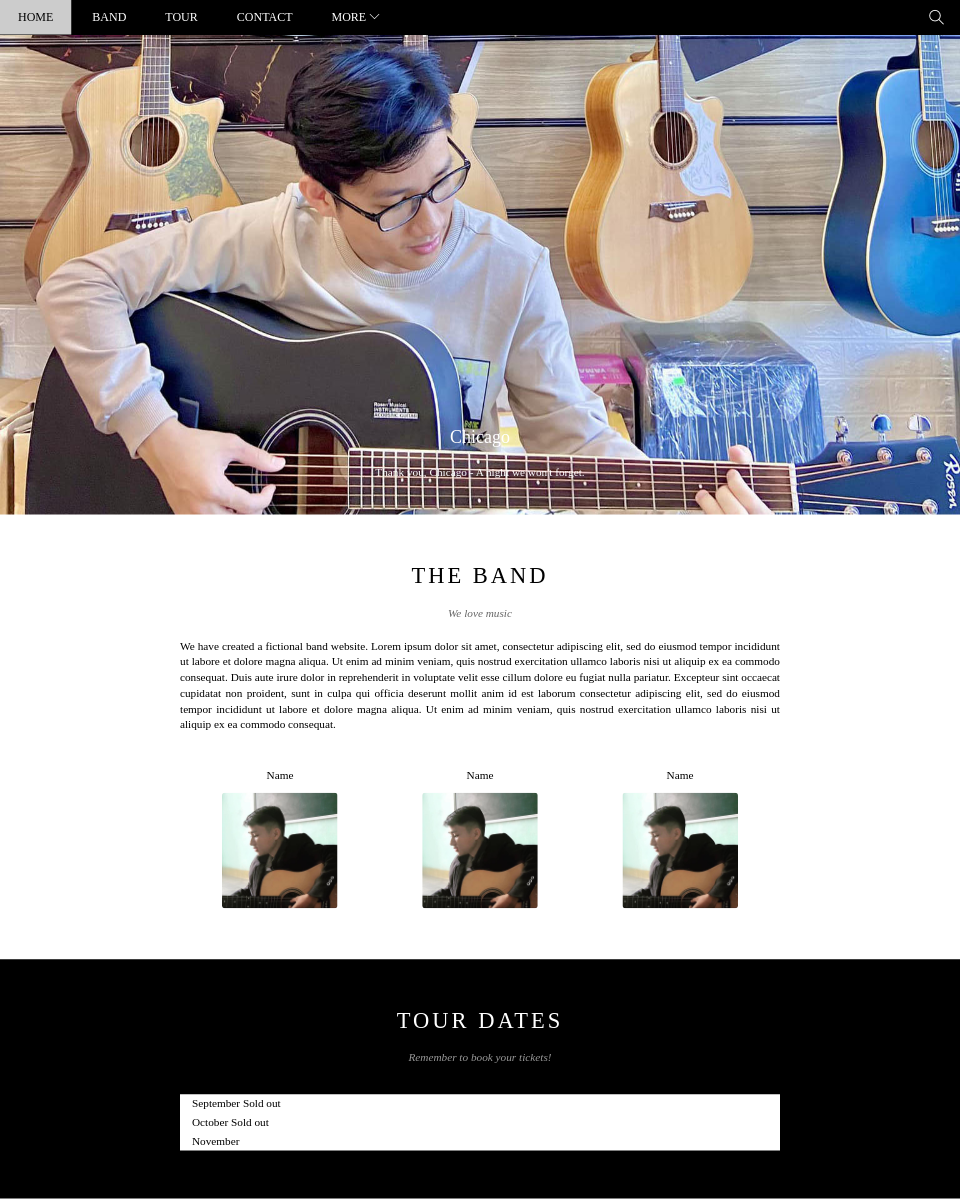
Repository: quochung2k3/Web-Team
Page: index.html
An editor plug-in stored every save of this project. The page is shown before and after the next save, followed by the edit.
The browser window is 1280 px wide. The pictures show the whole page, at 75% of full size.

Above is the page before, as saved 2023-08-05 10:15:20.

After the next save:
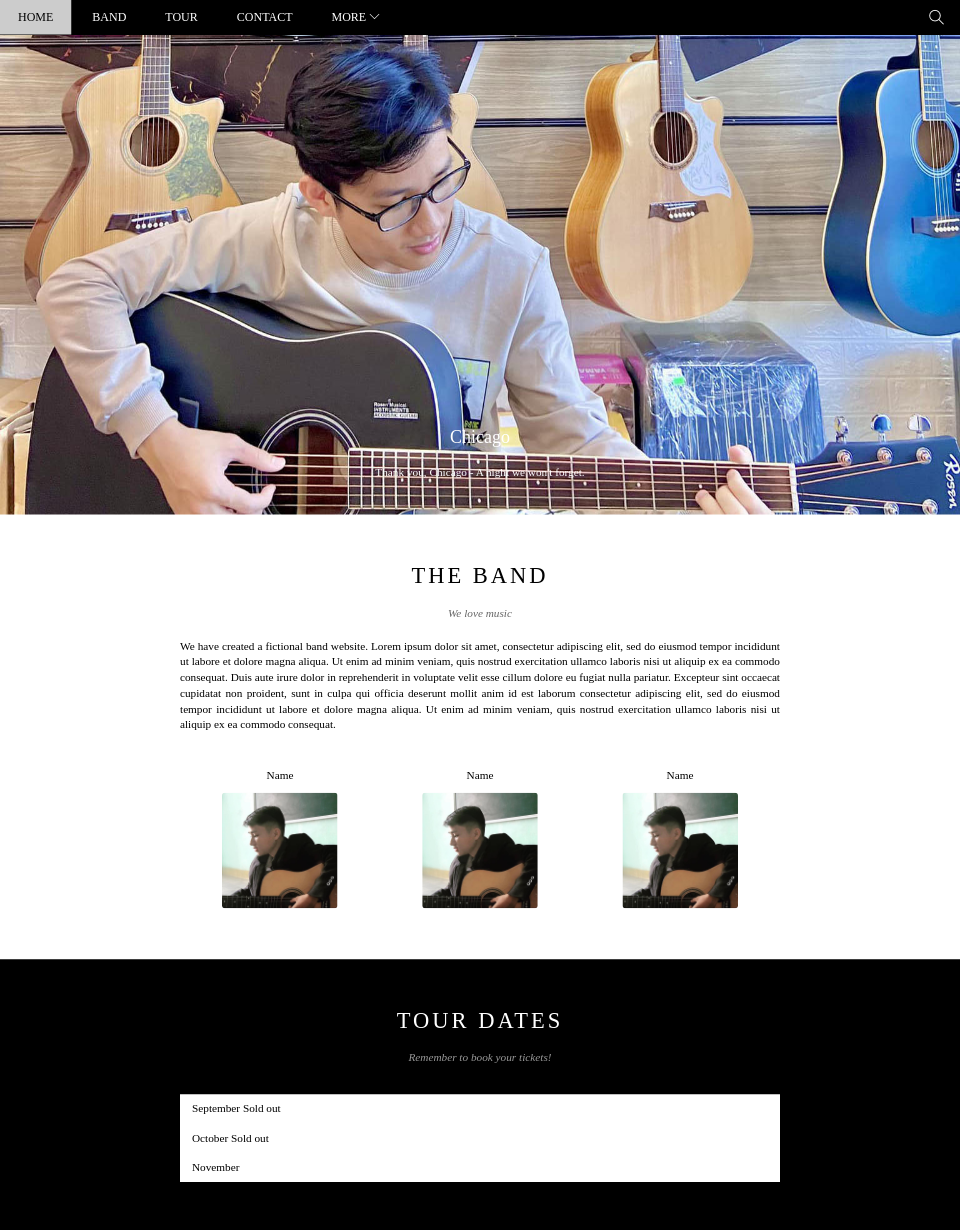
Saved 24 s later.
--- a/assets/css/style.css
+++ b/assets/css/style.css
@@ -195,7 +195,7 @@
 
 .tickets-list li {
     font-size: 15px;
-    padding: 4px 16px;
+    padding: 11px 16px;
 }
 
 .tickets-list .sold-out {
